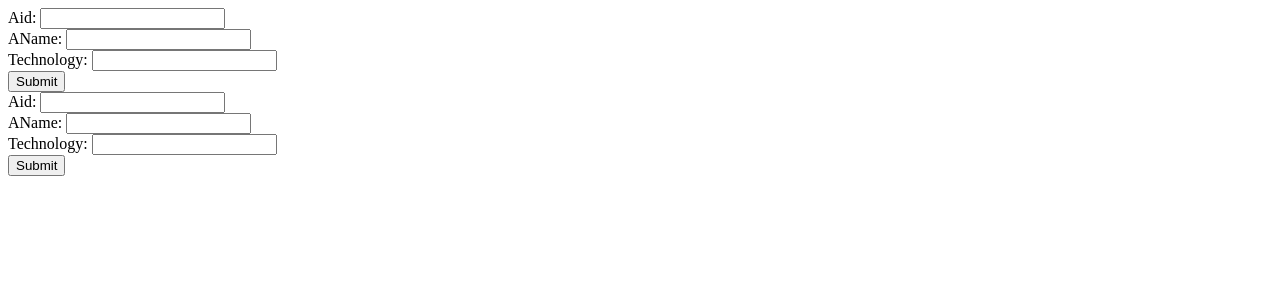
Repository: kjavvaji/SpringBoot
Page: http://localhost/SpringBootJPA2/home.jsp
The author's editor kept a copy of each file at every save. The page is drawn from the files as they stood at one save, then again after the next save.
The browser window is 1280 px wide. The pictures show the whole page.
The page is served by Tomcat 9. Other server files are loaded and not shown.

Above is the page before, as saved 2019-08-22 21:00:19.

### SpringBootJPA2/src/main/webapp/home.jsp
<%@ page language="java" contentType="text/html; charset=ISO-8859-1"
    pageEncoding="ISO-8859-1"%>
<!DOCTYPE html>
<html>
<head>
<meta charset="ISO-8859-1">
<title>Home Screen</title>
</head>
<body>
		<form action="addAlien">
				      Aid:  <input type ="text" name ="aid"><br>
					  AName:	 <input type="text" name ="aName"><br>
					  Technology:	 <input type="text" name ="tech"><br>
				<input type="submit">
		</form>

		<form action="addAlien">
				      Aid:  <input type ="text" name ="aid"><br>
					  AName:	 <input type="text" name ="aName"><br>
					  Technology:	 <input type="text" name ="tech"><br>
					  <input type="submit">
		</form>
</body>
</html>

After the next save:
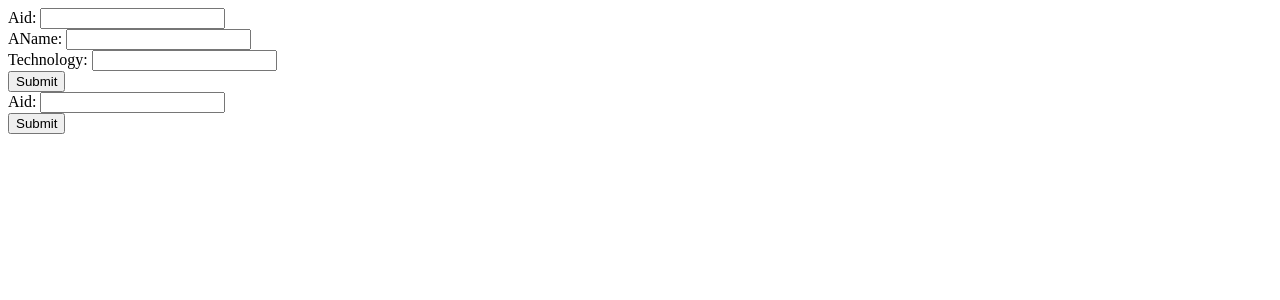
Saved 89 s later.
--- a/SpringBootJPA2/src/main/webapp/home.jsp
+++ b/SpringBootJPA2/src/main/webapp/home.jsp
@@ -16,8 +16,7 @@
 
 		<form action="addAlien">
 				      Aid:  <input type ="text" name ="aid"><br>
-					  AName:	 <input type="text" name ="aName"><br>
-					  Technology:	 <input type="text" name ="tech"><br>
+
 					  <input type="submit">
 		</form>
 </body>
